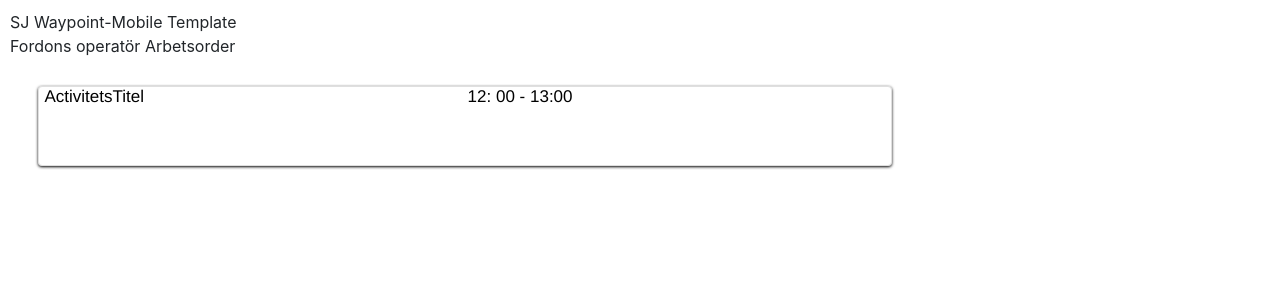
Repository: AdrianaLarsson/yarn-next-typescript
Page: /
An editor plug-in stored every save of this project. The page is shown before and after a run of saves, followed by the edit.
The browser window is 1280 px wide. The pictures show the whole page.
The project was rebuilt for these pictures with package versions that can differ from the ones it lists, and the page was loaded fresh each time. The framework's server and built-in components were replaced by stand-ins that run in the browser.

Above is the page before, as saved 2021-03-01 08:03:38.

After the next 5 saves:
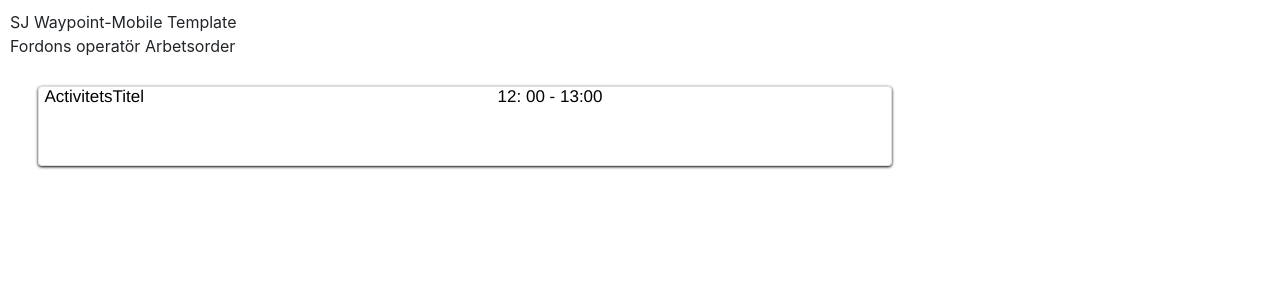
The 5 saves are shown as one change because they came seconds apart.
The last was saved 31 s later.
--- a/components/WorkOrderVehicleOperator/vehicleopreator.tsx
+++ b/components/WorkOrderVehicleOperator/vehicleopreator.tsx
@@ -7,7 +7,7 @@ export const GridTitle = styled.div`
   display: grid;
   grid-template-columns: repeat(2, 1fr);
 
-  grid-gap: px;
+  grid-gap:60px;
 `;
 export const GridBody = styled.div`
   display: grid;
